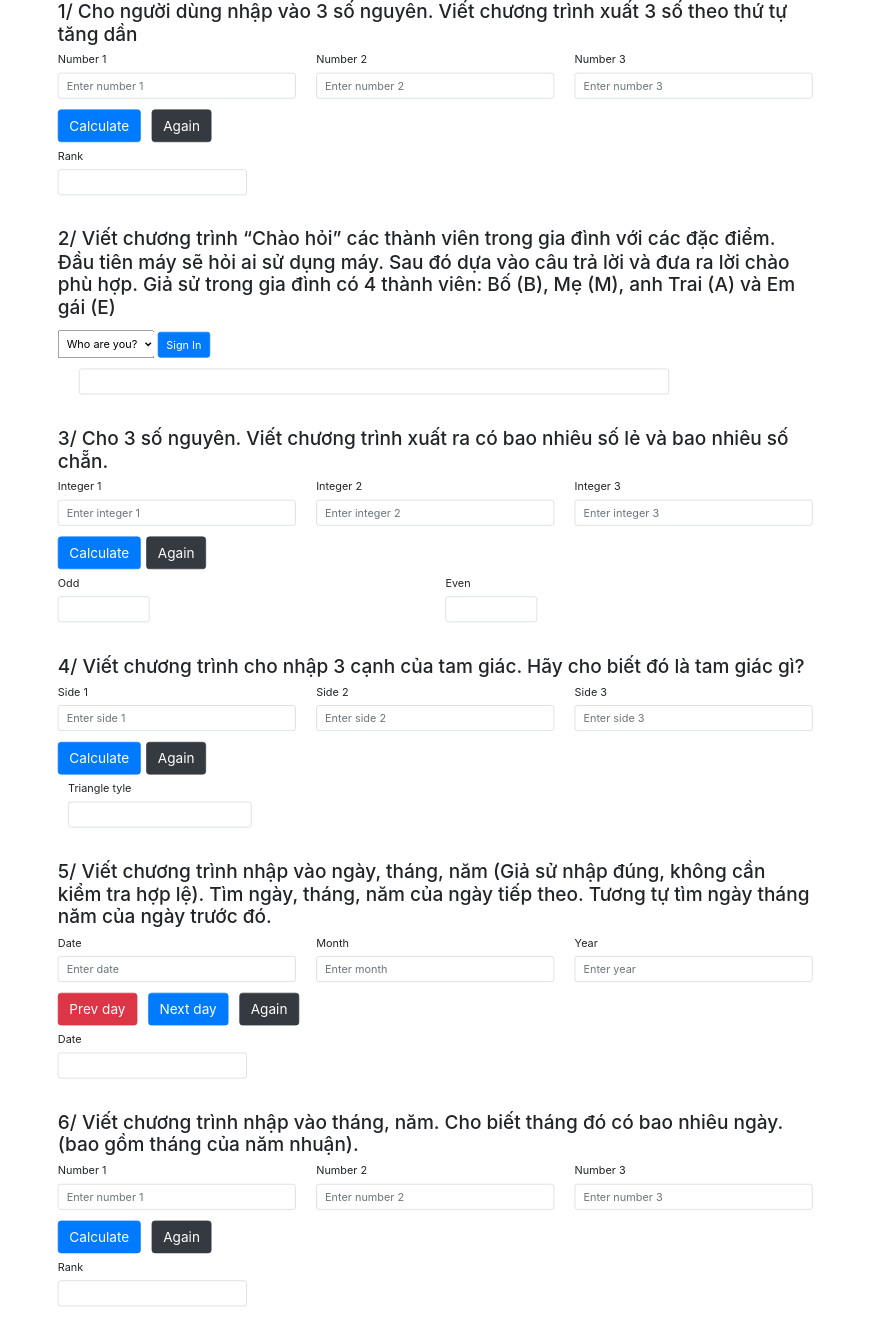
Repository: baobaodeveloper/bootscamp21__jsbasic__HuynhAnhBao
Page: index.html
These files come from the project's save history. The page is drawn as it stood at one moment and after the next save; the edit follows.
The browser window is 1280 px wide. The pictures show the whole page, at 68% of full size.

Above is the page before, as saved 2022-03-10 23:08:31.

After the next save:
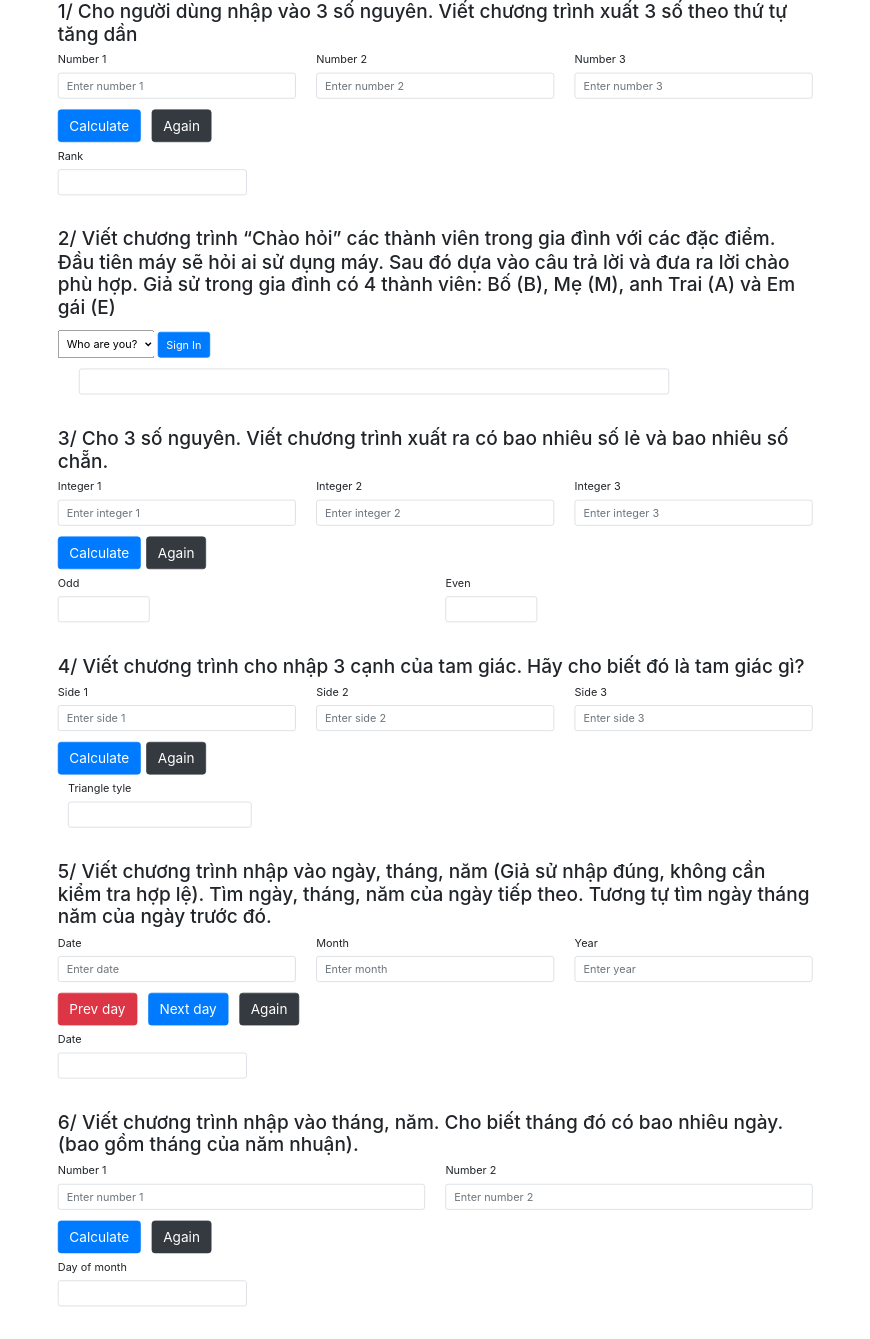
Saved 52 s later.
--- a/index.html
+++ b/index.html
@@ -316,14 +316,6 @@
             placeholder="Enter number 2"
           />
         </div>
-        <div class="col">
-          <label class="form-label">Number 3</label>
-          <input
-            type="number"
-            class="form-control num3"
-            placeholder="Enter number 3"
-          />
-        </div>
       </div>
 
       <div class="d-flex">
@@ -343,7 +335,7 @@
       </div>
 
       <div class="mt-3 m-auto">
-        <label class="form-label">Rank</label>
+        <label class="form-label">Day of month</label>
         <input type="text" class="form-control w-25 result1" />
       </div>
     </div>
